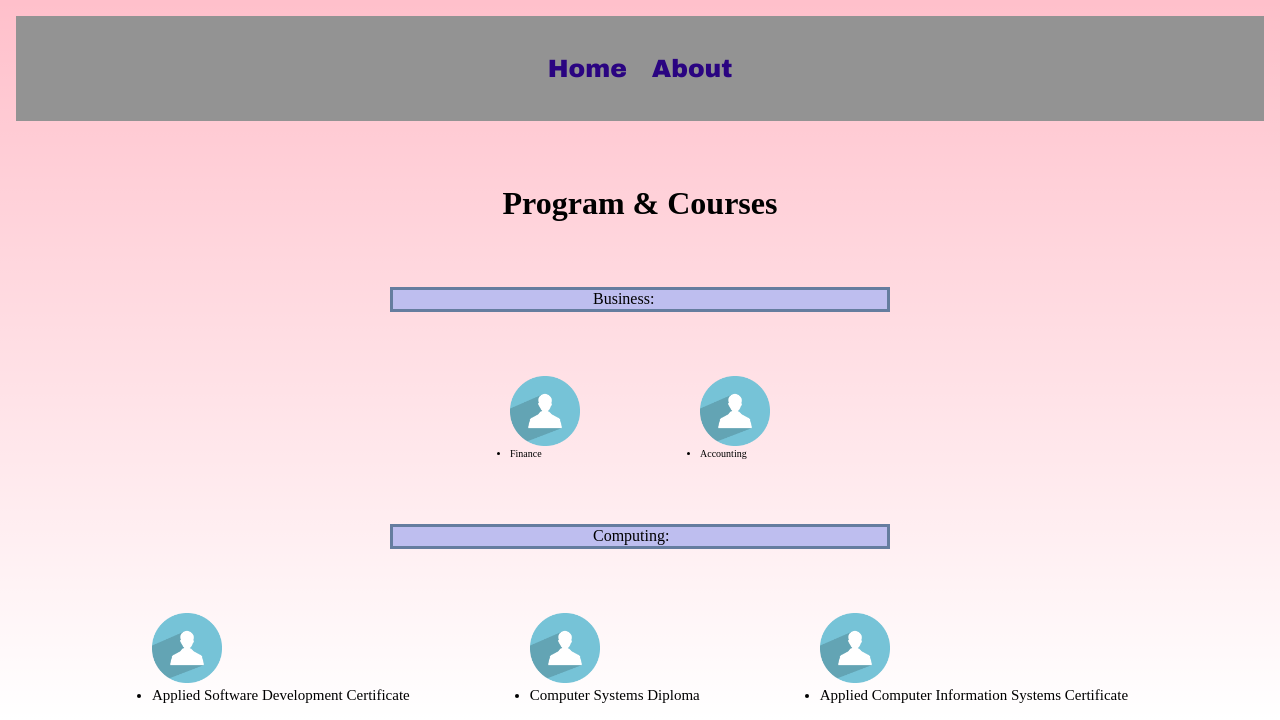
Repository: anoncoderin/madhu-assignment3
Page: /
The author's editor kept a copy of each file at every save. The page is drawn from the files as they stood at one save, then again after the next save.
The browser window is 1280 px wide. The pictures show the whole page.
The pointer rests on the first visible `p`.
The project was rebuilt for these pictures with package versions that can differ from the ones it lists, and the page was loaded fresh each time. The framework's server and built-in components were replaced by stand-ins that run in the browser. Also part of the build but not shown: next.config.js, components/Card/Card.module.css.

Above is the page before, as saved 2023-01-22 22:52:00.

### pages/index.js
import Head from 'next/head'
import Image from 'next/image'
import { Inter } from '@next/font/google'
import styles from '@/styles/Home.module.css'
import { useState } from 'react'
import data from '../data/education.json'
import Link from 'next/link'
import Card from '../components/Card'
import style from '../components/Card/Card.module.css'

export default function Home() {
  console.log(data);
  const [information, setInformation] = useState([...data])
  return (
    <>
      <Head>

      </Head>
      <main className={styles.main}>
        <div className={styles.nav}>
        <p> Home &nbsp;&nbsp;
          <Link href="about"><b>About</b></Link>
        </p>
        </div>
        <h1>Program & Courses</h1>
      <div className={styles.heading}>Business:</div>
      <div className={styles.row}>
      {
        information && information.map((info, index)=>{
          if(info.department === "Business"){
            return(
              <Card key={index} degree={info.degree}></Card>
            )
          }
        })
      }
      </div>
      <div className={styles.heading}>Computing:</div>
      <div className={styles.row}>
      {
        information && information.map((info, index)=>{
          if(info.department === "Computing"){
            return(

              <Card key={index} degree={info.degree} font={15}></Card>
            )
          }
        })
      }
      </div>
      </main>
    </>
  )
}

### styles/globals.css
:root {
  --max-width: 1100px;
  --border-radius: 12px;
  --font-mono: ui-monospace, Menlo, Monaco, 'Cascadia Mono', 'Segoe UI Mono',
    'Roboto Mono', 'Oxygen Mono', 'Ubuntu Monospace', 'Source Code Pro',
    'Fira Mono', 'Droid Sans Mono', 'Courier New', monospace;

  --foreground-rgb: 0, 0, 0;
  --background-start-rgb: 255, 192, 203;
  --background-end-rgb: 255, 255, 255;

  --primary-glow: conic-gradient(
    from 180deg at 50% 50%,
    hsla(78, 61%, 87%, 0.2) 0deg,
    #0885ff33 55deg,
    #54d6ff33 120deg,
    #0071ff33 160deg,
    transparent 360deg
  );
  --secondary-glow: radial-gradient(
    rgba(255, 255, 255, 1),
    rgba(255, 255, 255, 0)
  );

  --tile-start-rgb: 239, 245, 249;
  --tile-end-rgb: 228, 232, 233;
  --tile-border: conic-gradient(
    #00000080,
    #00000040,
    #00000030,
    #00000020,
    #00000010,
    #00000010,
    #00000080
  );

  --callout-rgb: 238, 240, 241;
  --callout-border-rgb: 172, 175, 176;
  --card-rgb: 180, 185, 188;
  --card-border-rgb: 131, 134, 135;
}

@media (prefers-color-scheme: dark) {
  :root {
    --foreground-rgb: 255, 255, 255;
    --background-start-rgb: 0, 0, 0;
    --background-end-rgb: 0, 0, 0;

    --primary-glow: radial-gradient(rgba(1, 65, 255, 0.4), rgba(1, 65, 255, 0));
    --secondary-glow: linear-gradient(
      to bottom right,
      rgba(1, 65, 255, 0),
      rgba(1, 65, 255, 0),
      rgba(1, 65, 255, 0.3)
    );

    --tile-start-rgb: 2, 13, 46;
    --tile-end-rgb: 2, 5, 19;
    --tile-border: conic-gradient(
      #ffffff80,
      #ffffff40,
      #ffffff30,
      #ffffff20,
      #ffffff10,
      #ffffff10,
      #ffffff80
    );

    --callout-rgb: 20, 20, 20;
    --callout-border-rgb: 108, 108, 108;
    --card-rgb: 100, 100, 100;
    --card-border-rgb: 200, 200, 200;
  }
}

* {
  box-sizing: border-box;
  padding: 0;
  margin: 0;
}

html,
body {
  max-width: 100vw;
  overflow-x: hidden;
}

body {
  color: rgb(var(--foreground-rgb));
  background: linear-gradient(
      to bottom,
      transparent,
      rgb(var(--background-end-rgb))
    )
    rgb(var(--background-start-rgb));
}

a {
  color: inherit;
  text-decoration: none;
}

@media (prefers-color-scheme: dark) {
  html {
    color-scheme: dark;
  }
}

### styles/Home.module.css
.main {
  display: flex;
  flex-direction: column;
  justify-content: space-between;
  align-items: center;
  padding: 1rem;
  min-height: 100vh;
}
.row{
  display: flex;
  flex-direction: row;
  justify-content:space-evenly;
  gap: 120px;

}
.nav{
  display: flex;
  flex-direction: column;
  justify-content: space-between;
  align-items: center;
      padding: 39px;
  background-color: rgb(147, 147, 147);
  color: rgb(42, 4, 129);

  font-size: 25px;
  margin: 45;
  font-family: arial black;
  width: 100%;
}
p:hover{
  color: ;
}

.heading{
  padding-left: 200px;
  height: 25px;
  width: 500px;
  background-color: #bebeef;
  border-style:solid;
  border-color:#657d9f;
}

.degree{
  display: flex;
  flex-direction: column;

  gap: 5px;
}

.description {
  display: inherit;
  justify-content: inherit;
  align-items: inherit;
  font-size: 0.85rem;
  max-width: var(--max-width);
  width: 100%;
  z-index: 2;
  font-family: var(--font-mono);
}

.description a {
  display: flex;
  justify-content: center;
  align-items: center;
  gap: 0.5rem;
}

.description p {
  position: relative;
  margin: 0;
  padding: 1rem;
  background-color: rgba(var(--callout-rgb), 0.5);
  border: 1px solid rgba(var(--callout-border-rgb), 0.3);
  border-radius: var(--border-radius);
}

.code {
  font-weight: 700;
  font-family: var(--font-mono);
}

.grid {
  display: grid;
  grid-template-columns: repeat(4, minmax(25%, auto));
  width: var(--max-width);
  max-width: 100%;
}

.card {
  padding: 1rem 1.2rem;
  border-radius: var(--border-radius);
  background: rgba(var(--card-rgb), 0);
  border: 1px solid rgba(var(--card-border-rgb), 0);
  transition: background 200ms, border 200ms;
}

.card span {
  display: inline-block;
  transition: transform 200ms;
}

.card h2 {
  font-weight: 600;
  margin-bottom: 0.7rem;
}

.card p {
  margin: 0;
  opacity: 0.6;
  font-size: 0.9rem;
  line-height: 1.5;
  max-width: 30ch;
}

.center {
  display: flex;
  justify-content: center;
  align-items: center;
  position: relative;
  padding: 4rem 0;
}

.center::before {
  background: var(--secondary-glow);
  border-radius: 50%;
  width: 480px;
  height: 360px;
  margin-left: -400px;
}

.center::after {
  background: var(--primary-glow);
  width: 240px;
  height: 180px;
  z-index: -1;
}

.center::before,
.center::after {
  content: '';
  left: 50%;
  position: absolute;
  filter: blur(45px);
  transform: translateZ(0);
}

.logo,
.thirteen {
  position: relative;
}

.thirteen {
  display: flex;
  justify-content: center;
  align-items: center;
  width: 75px;
  height: 75px;
  padding: 25px 10px;
  margin-left: 16px;
  transform: translateZ(0);
  border-radius: var(--border-radius);
  overflow: hidden;
  box-shadow: 0px 2px 8px -1px #0000001a;
}

.thirteen::before,
.thirteen::after {
  content: '';
  position: absolute;
  z-index: -1;
}

/* Conic Gradient Animation */
.thirteen::before {
  animation: 6s rotate linear infinite;
  width: 200%;
  height: 200%;
  background: var(--tile-border);
}

/* Inner Square */
.thirteen::after {
  inset: 0;
  padding: 1px;
  border-radius: var(--border-radius);
  background: linear-gradient(
    to bottom right,
    rgba(var(--tile-start-rgb), 1),
    rgba(var(--tile-end-rgb), 1)
  );
  background-clip: content-box;
}

/* Enable hover only on non-touch devices */
@media (hover: hover) and (pointer: fine) {
  .card:hover {
    background: rgba(var(--card-rgb), 0.1);
    border: 1px solid rgba(var(--card-border-rgb), 0.15);
  }

  .card:hover span {
    transform: translateX(4px);
  }
}

@media (prefers-reduced-motion) {
  .thirteen::before {
    animation: none;
  }

  .card:hover span {
    transform: none;
  }
}

/* Mobile */
@media (max-width: 700px) {
  .content {
    padding: 4rem;
  }

  .grid {
    grid-template-columns: 1fr;
    margin-bottom: 120px;
    max-width: 320px;
    text-align: center;
  }

  .card {
    padding: 1rem 2.5rem;
  }

  .card h2 {
    margin-bottom: 0.5rem;
  }

  .center {
    padding: 8rem 0 6rem;
  }

  .center::before {
    transform: none;
    height: 300px;
  }

  .description {
    font-size: 0.8rem;
  }

  .description a {
    padding: 1rem;
  }

  .description p,
  .description div {
    display: flex;
    justify-content: center;
    position: fixed;
    width: 100%;
  }

  .description p {
    align-items: center;
    inset: 0 0 auto;
    padding: 2rem 1rem 1.4rem;
    border-radius: 0;
    border: none;
    border-bottom: 1px solid rgba(var(--callout-border-rgb), 0.25);
    background: linear-gradient(
      to bottom,
      rgba(var(--background-start-rgb), 1),
      rgba(var(--callout-rgb), 0.5)
    );
    background-clip: padding-box;
    backdrop-filter: blur(24px);
  }

  .description div {
    align-items: flex-end;
    pointer-events: none;
    inset: auto 0 0;
    padding: 2rem;
    height: 200px;
    background: linear-gradient(
      to bottom,
      transparent 0%,
      rgb(var(--background-end-rgb)) 40%
    );
    z-index: 1;
  }
}

/* Tablet and Smaller Desktop */
@media (min-width: 701px) and (max-width: 1120px) {
  .grid {
    grid-template-columns: repeat(2, 50%);
  }
}

@media (prefers-color-scheme: dark) {
  .vercelLogo {
    filter: invert(1);
  }

  .logo,
  .thirteen img {
    filter: invert(1) drop-shadow(0 0 0.3rem #ffffff70);
  }
}

@keyframes rotate {
  from {
    transform: rotate(360deg);
  }
  to {
    transform: rotate(0deg);
  }
}

### data/education.json
[
        {
            "studentNumber": "A0004567",
            "firstName": "Person 1",
            "gpa": 3.8,
            "department": "Business",
            "degree": "Finance",
            "graduted": 2014
        },
        {
            "studentNumber": "A0001234",
            "firstName": "Person 2",
            "gpa": 3.5,
            "department": "Business",
            "degree": "Accounting",
            "graduted": 2010
        },
        {
            "studentNumber": "A0007890",
            "firstName": "Person 3",
            "gpa": 3.2,
            "department": "Computing",
            "degree": "Applied Software Development Certificate",
            "graduted": 2018
        },
        {
            "studentNumber": "A0007828",
            "firstName": "Person 4",
            "gpa": 3.9,
            "department": "Computing",
            "degree": "Computer Systems Diploma",
            "graduted": 2021
        },
        {
            "studentNumber": "A0003425",
            "firstName": "Person 5",
            "gpa": 3.2,
            "department": "Computing",
            "degree": "Applied Computer Information Systems Certificate",
            "graduted": 2021
        }

]

### components/Card/index.js
export default function Card(
    {
        degree="none",
        color="purple",
        font=10,
        image='icon/personTwo.png'
    }
){
    return(
        <div  style={{backgroundcolor:color, fontSize:font }}>
           <img src={'icon/person.png'} width="70px"></img>
           <ul> <li>{degree}
            </li>

            </ul>
        </div>
    )
}

Loaded but not shown: pages/_app.js (common file); pages/_document.js (common file)

After the next save:
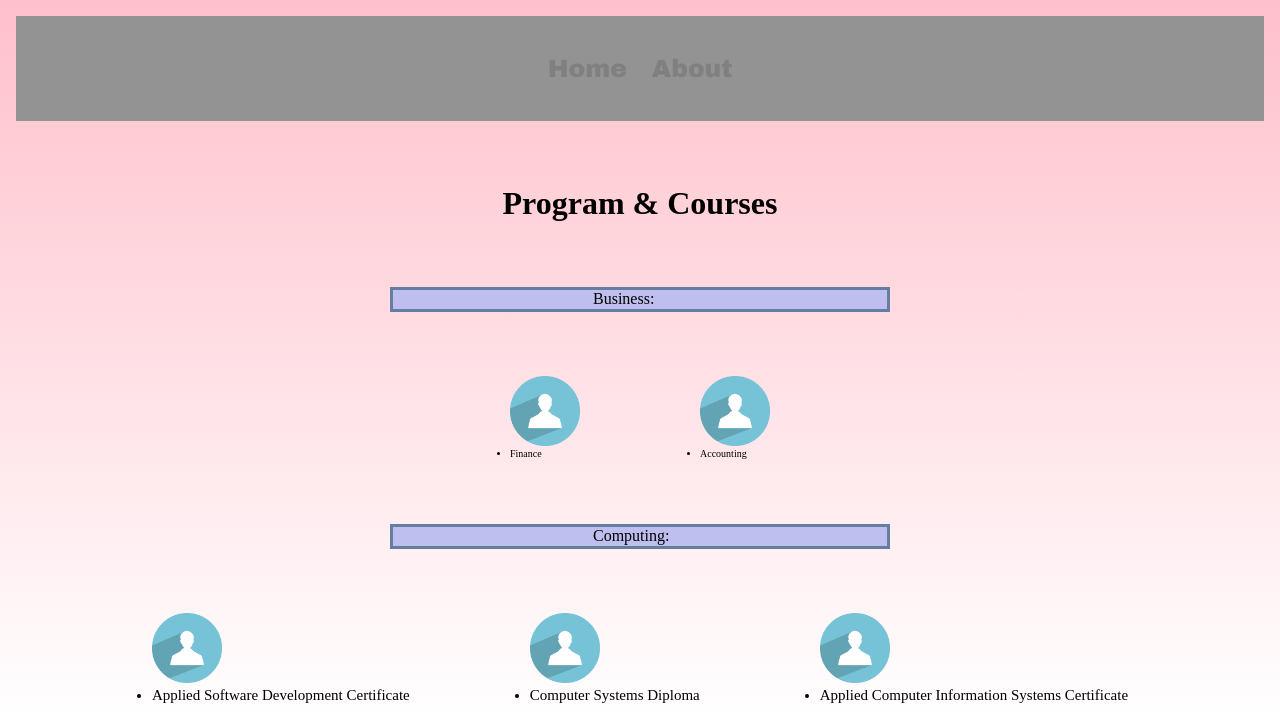
Saved 8 s later.
--- a/styles/Home.module.css
+++ b/styles/Home.module.css
@@ -28,7 +28,7 @@
   width: 100%;
 }
 p:hover{
-  color: ;
+  color: grey;
 }
 
 .heading{
